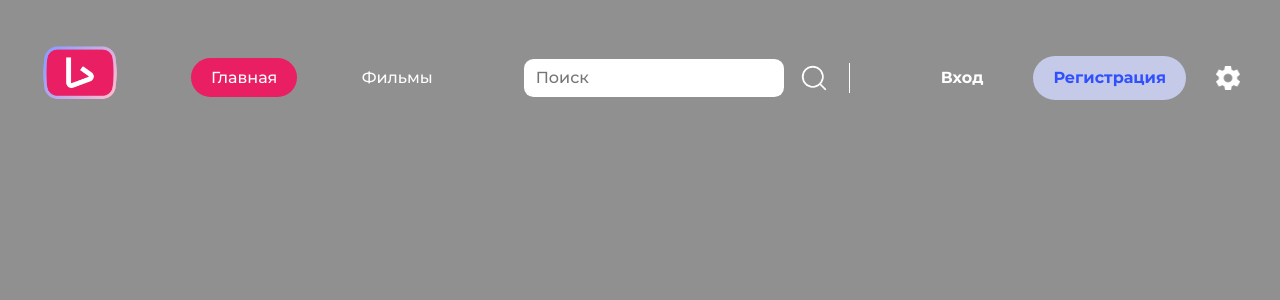
Repository: shilovnikita777/Web1Lab
Page: index.html
These files come from the project's save history. The page is drawn as it stood at one moment and after a run of saves; the edit follows.
The browser window is 1280 px wide. The pictures show the whole page.

Above is the page before, as saved 2022-10-08 11:34:27.

### index.html
<!DOCTYPE html>
<html lang="en">
<head>
    <meta charset="UTF-8">
    <title>TVideo</title>
    <link rel="stylesheet" href="css/reset.css">
    <link rel="stylesheet" href="css/header.css">
    <link rel="stylesheet" href="css/fonts.css">
</head>
<body>
    <header>
        <div class="container">
            <div class="header-logo">
                <img src="img/logotype.png" alt="TVideo" width="80">
            </div>
            <ul class="main-nav">
                <li><a href="#" class="current-menu-item">Главная</a></li>
                <li><a href="#">Фильмы</a></li>
            </ul>
            <div class="search-block">
                <form action="" method="get">
                    <input name="s" placeholder="Поиск" type="search" class="search-field">
                </form>
                <img class="img-search" src="img/search.png" alt="Go" width="30">
            </div>
            <div class="login-block">
                <a href="#">Вход</a>
                <a href="#" class="register-button">Регистрация</a>
                <img src="img/settings.png" alt="settings" height="24">
            </div>
        </div>
    </header>

</body>
</html>

### css/header.css
body {
    margin: 0;
    padding: 0;
    font-size: 16px;
    line-height: 24px;
    font-family: "Montserrat-Medium", Arial, sans-serif;
    color: white;
    background-color: #909090;
}

header {
    padding-top:35px;
}

header img {
    display: inline;
}

header form {
    display: inline-block;
}

.container {
    display: flex;
    justify-content: space-between;
    width: 1200px;
    margin: 0 auto;
    align-items: center;
}

.main-nav {
    list-style: none;
    padding-left: 0;
    margin: auto 0;
}

.main-nav li {
    display: inline;
    padding-right: 40px;
}

.main-nav li:last-child {
    padding-right: 0;
}

.main-nav a{
    text-decoration: none;
    color: white;
    padding: 10px 20px;
}

.search-block {
    display: flex;
    margin: auto 0;
    align-items: center;
}

.login-block {
    display: flex;
    align-items: center;
    margin: auto 0;
}

.login-block a{
    text-decoration: none;
    font-family: "Montserrat-Bold", Arial, sans-serif;
    color: white;
    margin-right: 30px;
    padding: 10px 20px;
}

.current-menu-item {
    background-color: #E91E63;
    border-radius: 40px;
}

div .register-button {
    background-color: #C5CAE9;
    border-radius: 40px;
    color: #304FFE;
}

.search-block form {
    margin-right: 15px;
}

.img-search {
    padding-right: 20px;
    border-right: 1px solid white;
}

.search-field {
    width: 100%;
    height: calc(2.25rem + 2px);
    padding: 0.375rem 0.75rem;
    font-family: inherit;
    font-size: 1rem;
    color: #303030;
    border: none;
    border-radius: 0.6rem;
}

.search-field:focus {
    outline:0;
}

### css/fonts.css
@font-face {
    font-family: "Montserrat-Medium";
    src: url("/fonts/Montserrat-Medium.ttf");
    font-style: normal;
    font-weight: normal;
}

@font-face {
    font-family: "Montserrat-Bold";
    src: url("/fonts/Montserrat-Bold.ttf");
    font-style: normal;
    font-weight: normal;
}

@font-face {
    font-family: "Montserrat-Regular";
    src: url("/fonts/Montserrat-Regular.ttf");
    font-style: normal;
    font-weight: normal;
}

Loaded but not shown: css/reset.css (common file)

After the next 2 saves:
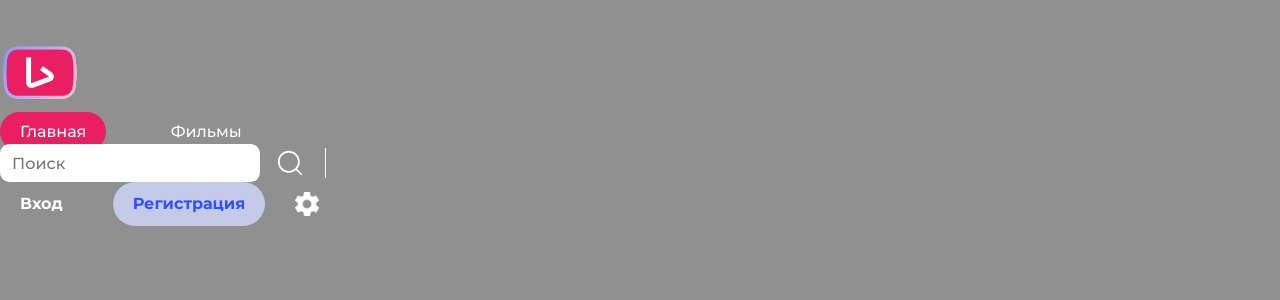
The 2 saves are shown as one change because they came seconds apart.
The last was saved 30 s later.
--- a/css/header.css
+++ b/css/header.css
@@ -18,14 +18,6 @@ header img {
 
 header form {
     display: inline-block;
-}
-
-.container {
-    display: flex;
-    justify-content: space-between;
-    width: 1200px;
-    margin: 0 auto;
-    align-items: center;
 }
 
 .main-nav {
